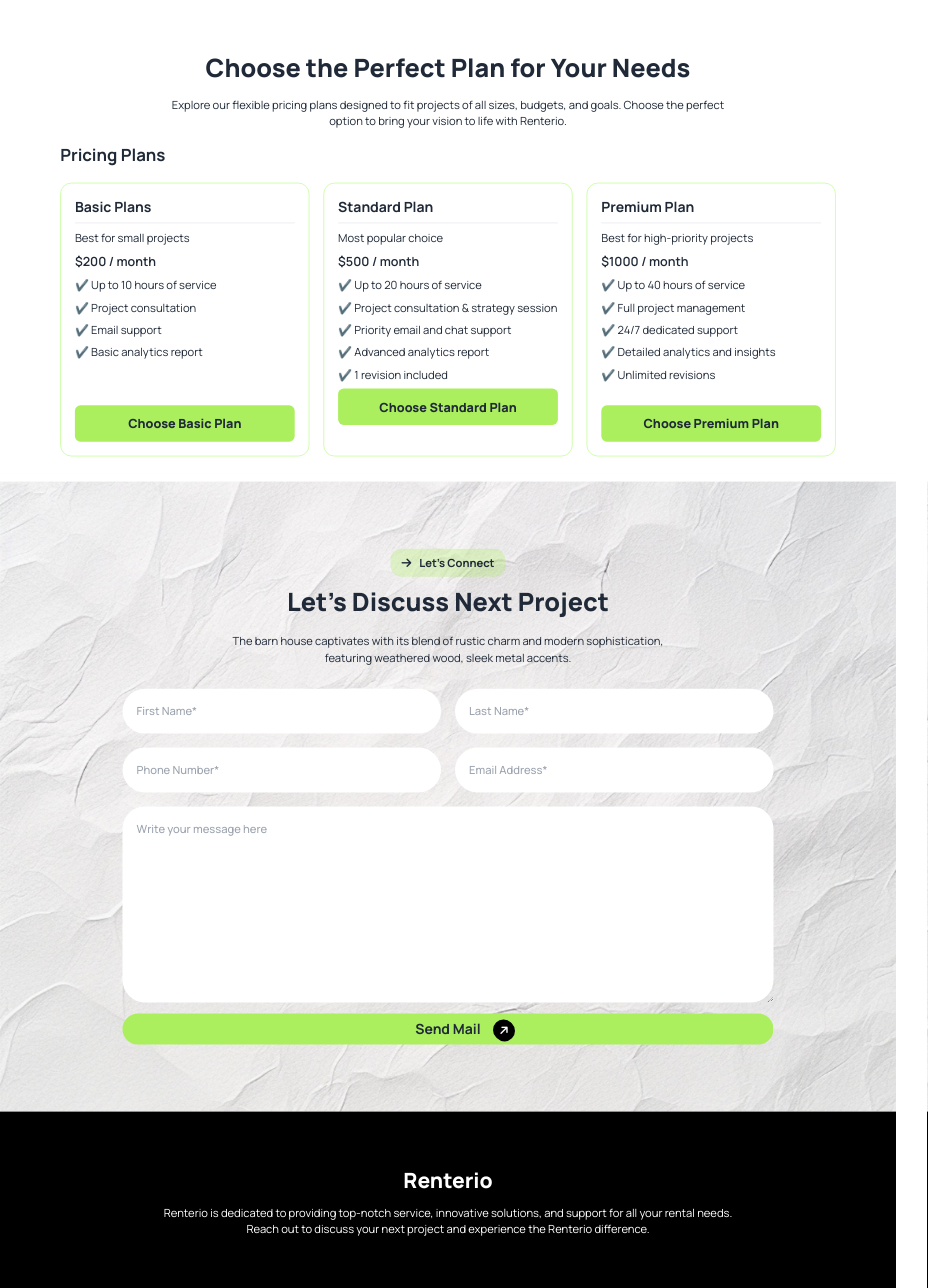
Repository: Tanvir4312/assignment-03
Page: index.html
These files come from the project's save history. The page is drawn as it stood at one moment and after the next save; the edit follows.
The browser window is 1280 px wide. The page is 1325 px wide, so the pictures cover 1325 px, including what lies to the right of the window. The pictures show the part of the page from y = 3070 to 4910 px (the page is 4910 px tall), at 70% of full size.
Some web libraries are served in a nearby version.

Above is the page before, as saved 2024-10-30 21:38:30.

After the next save:
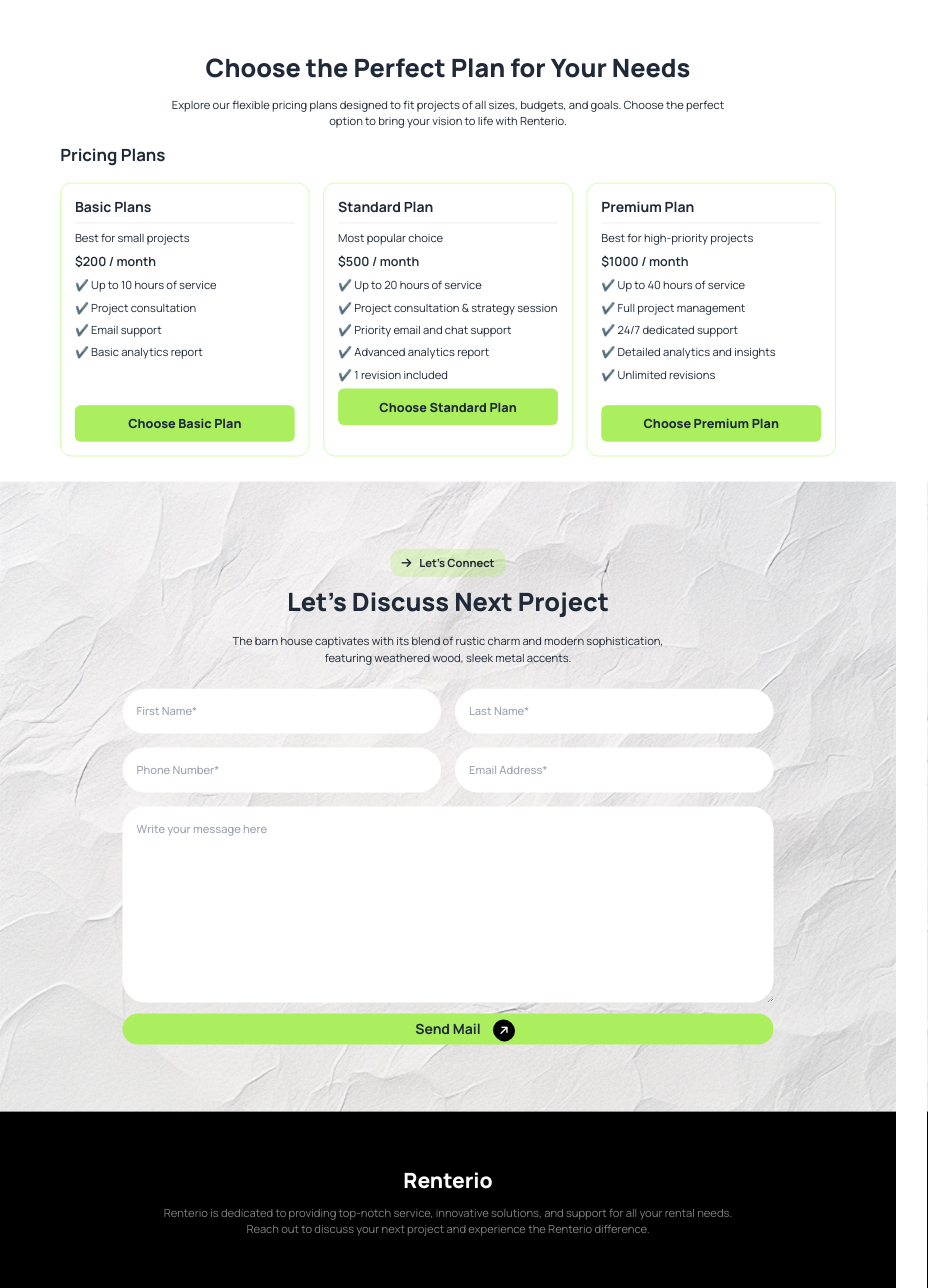
Saved 25 s later.
--- a/index.html
+++ b/index.html
@@ -400,7 +400,7 @@
         <div class="md:w-[1140px] mx-auto py-6">
             <div class="text-center text-white">
                 <h1 class="text-xl md:text-3xl font-extrabold pt-14">Renterio</h1>
-                <p class="pt-4 pb-12">Renterio is dedicated to providing top-notch service, innovative solutions, and support for all your rental needs. <br> Reach out to discuss your next project and experience the Renterio difference.</p>
+                <p class="pt-4 pb-12 opacity-50">Renterio is dedicated to providing top-notch service, innovative solutions, and support for all your rental needs. <br> Reach out to discuss your next project and experience the Renterio difference.</p>
             </div>
 
         </div>
